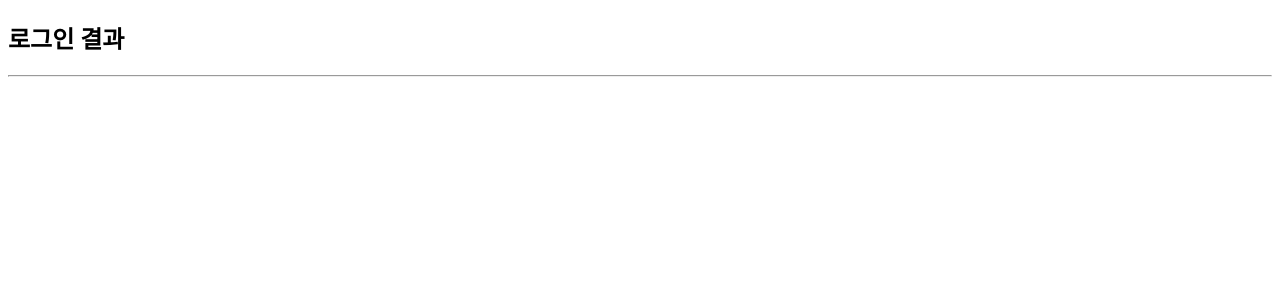
Repository: beescuit9510/toyProjects
Page: http://localhost/05_jspDbProject/views/login.jsp
These files come from the project's save history. The page is drawn as it stood at one moment and after the next save; the edit follows.
The browser window is 1280 px wide. The pictures show the whole page.
The page is served by Tomcat 9. Queries for data that is not in the repository find no rows.

Above is the page before, as saved 2021-09-30 07:45:31.

After the next save:
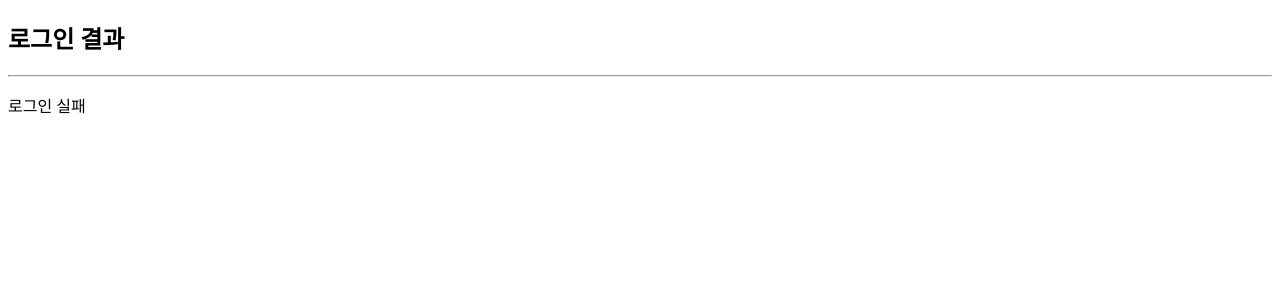
Saved 12 s later.
--- a/web-server-workplace/05_jspDbProject/src/main/webapp/views/login.jsp
+++ b/web-server-workplace/05_jspDbProject/src/main/webapp/views/login.jsp
@@ -23,9 +23,10 @@
 <body>
 	<h2>로그인 결과</h2>
 	<hr>
+	<p><%=resultToPrint %></p>
+
 	<% if(r) { %>
 
-	<p><%=resultToPrint %></p>
 		<table border="1">
 		<tr>
 			<th>회원번호</th><th>아이디</th><th>비밀번호</th><th>이름</th>
